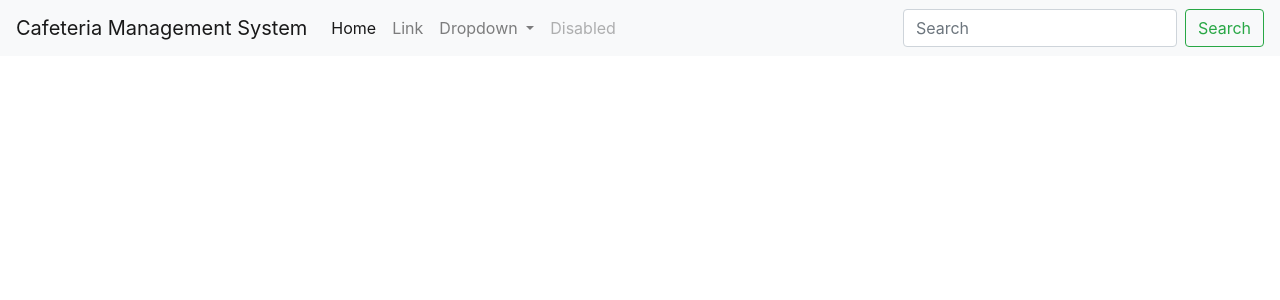
Repository: OsamaRaees/Trivia
Page: http://localhost/Trivia/
An editor plug-in stored every save of this project. The page is shown before and after the next save, followed by the edit.
The browser window is 1280 px wide. The pictures show the whole page.
The page is served by Tomcat 9. Other server files are loaded and not shown.

Above is the page before, as saved 2019-04-05 04:37:46.

### Trivia/WebContent/Main.jsp
<%@ page language="java" contentType="text/html; charset=ISO-8859-1"
    pageEncoding="ISO-8859-1"%>
<!DOCTYPE html>
<html>
<head>
<meta charset="ISO-8859-1">
<link rel="stylesheet" href="https://stackpath.bootstrapcdn.com/bootstrap/4.3.1/css/bootstrap.min.css" integrity="sha384-ggOyR0iXCbMQv3Xipma34MD+dH/1fQ784/j6cY/iJTQUOhcWr7x9JvoRxT2MZw1T" crossorigin="anonymous">
<title>Insert title here</title>
</head>
<body>

<nav class="navbar navbar-expand-lg navbar-light bg-light">
  <a class="navbar-brand" href="#">Cafeteria Management System </a>
  <button class="navbar-toggler" type="button" data-toggle="collapse" data-target="#navbarSupportedContent" aria-controls="navbarSupportedContent" aria-expanded="false" aria-label="Toggle navigation">
    <span class="navbar-toggler-icon"></span>
  </button>

  <div class="collapse navbar-collapse" id="navbarSupportedContent">
    <ul class="navbar-nav mr-auto">
      <li class="nav-item active">
        <a class="nav-link" href="#">Home <span class="sr-only">(current)</span></a>
      </li>
      <li class="nav-item">
        <a class="nav-link" href="#">Link</a>
      </li>
      <li class="nav-item dropdown">
        <a class="nav-link dropdown-toggle" href="#" id="navbarDropdown" role="button" data-toggle="dropdown" aria-haspopup="true" aria-expanded="false">
          Dropdown
        </a>
        <div class="dropdown-menu" aria-labelledby="navbarDropdown">
          <a class="dropdown-item" href="#">Action</a>
          <a class="dropdown-item" href="#">Another action</a>
          <div class="dropdown-divider"></div>
          <a class="dropdown-item" href="#">Something else here</a>
        </div>
      </li>
      <li class="nav-item">
        <a class="nav-link disabled" href="#" tabindex="-1" aria-disabled="true">Disabled</a>
      </li>
    </ul>
    <form class="form-inline my-2 my-lg-0">
      <input class="form-control mr-sm-2" type="search" placeholder="Search" aria-label="Search">
      <button class="btn btn-outline-success my-2 my-sm-0" type="submit">Search</button>
    </form>
  </div>
</nav>

<script src="https://code.jquery.com/jquery-3.3.1.slim.min.js" integrity="sha384-q8i/X+965DzO0rT7abK41JStQIAqVgRVzpbzo5smXKp4YfRvH+8abtTE1Pi6jizo" crossorigin="anonymous"></script>
<script src="https://cdnjs.cloudflare.com/ajax/libs/popper.js/1.14.7/umd/popper.min.js" integrity="sha384-UO2eT0CpHqdSJQ6hJty5KVphtPhzWj9WO1clHTMGa3JDZwrnQq4sF86dIHNDz0W1" crossorigin="anonymous"></script>
<script src="https://stackpath.bootstrapcdn.com/bootstrap/4.3.1/js/bootstrap.min.js" integrity="sha384-JjSmVgyd0p3pXB1rRibZUAYoIIy6OrQ6VrjIEaFf/nJGzIxFDsf4x0xIM+B07jRM" crossorigin="anonymous"></script>
</body>
</html>

After the next save:
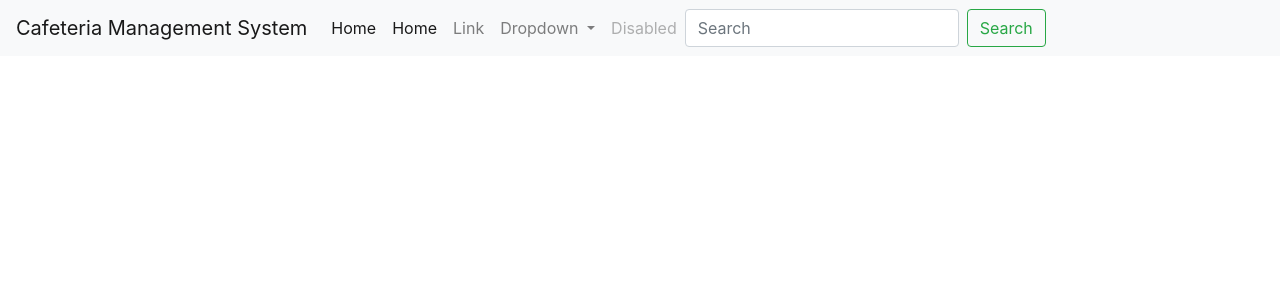
Saved 22 s later.
--- a/Trivia/WebContent/Main.jsp
+++ b/Trivia/WebContent/Main.jsp
@@ -20,6 +20,13 @@
       <li class="nav-item active">
         <a class="nav-link" href="#">Home <span class="sr-only">(current)</span></a>
       </li>
+
+      <div class="collapse navbar-collapse" id="navbarSupportedContent">
+    <ul class="navbar-nav mr-auto">
+      <li class="nav-item active">
+        <a class="nav-link" href="#">Home <span class="sr-only">(current)</span></a>
+      </li>
+
       <li class="nav-item">
         <a class="nav-link" href="#">Link</a>
       </li>

After the save that followed:
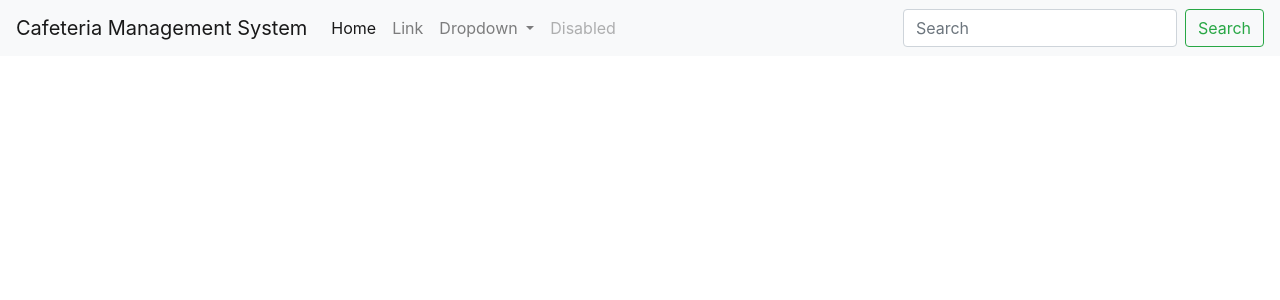
Saved 22 s later.
--- a/Trivia/WebContent/Main.jsp
+++ b/Trivia/WebContent/Main.jsp
@@ -21,11 +21,6 @@
         <a class="nav-link" href="#">Home <span class="sr-only">(current)</span></a>
       </li>
 
-      <div class="collapse navbar-collapse" id="navbarSupportedContent">
-    <ul class="navbar-nav mr-auto">
-      <li class="nav-item active">
-        <a class="nav-link" href="#">Home <span class="sr-only">(current)</span></a>
-      </li>
 
       <li class="nav-item">
         <a class="nav-link" href="#">Link</a>
